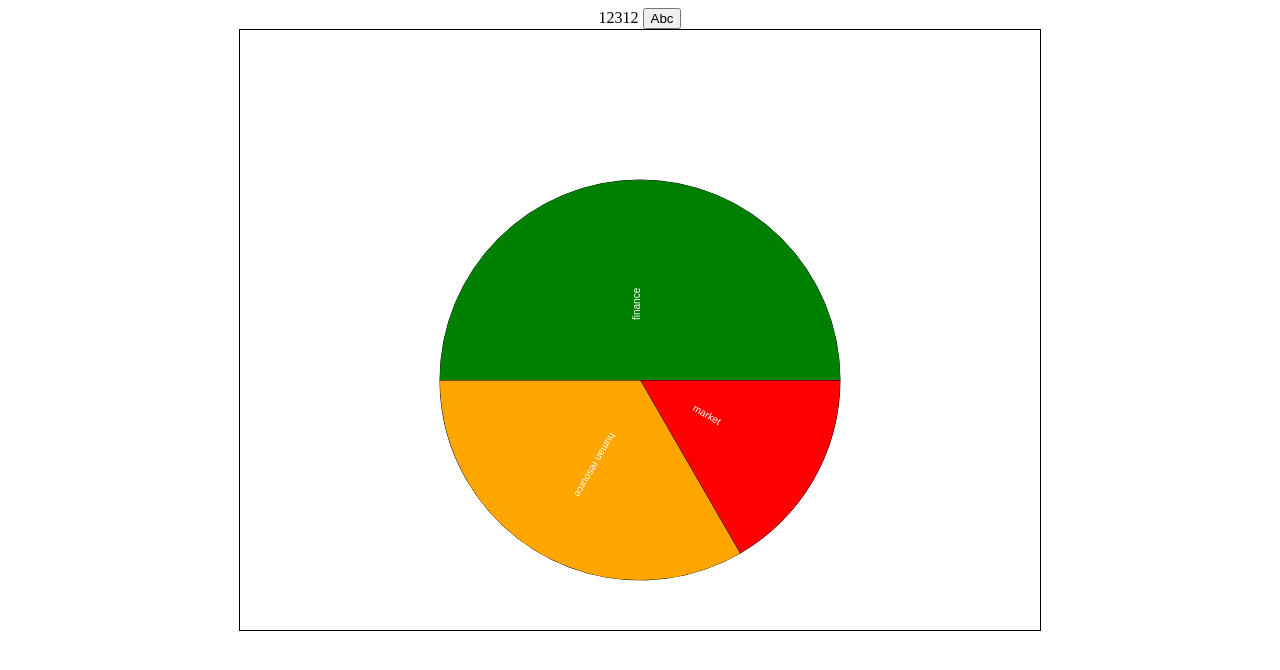
Repository: ycdtc/movie
Page: aaa/WebContent/index.html
An editor plug-in stored every save of this project. The page is shown before and after the next save, followed by the edit.
The browser window is 1280 px wide. The pictures show the whole page.
After loading, the first visible `#abc` was clicked once.

Above is the page before, as saved 2017-06-21 08:07:40.

### aaa/WebContent/index.html
                                                                                                                                                                                                                                                                                                                                                                                                                                                                                                                                                                                                                                                                                                                                                                                                                                                                                                                                                                                                                                                                                                                                                                                                                                                                                                                                                                                                                                                                                                                                                                                                                                                                                                                                                                                                                                                                                                                                                                                                                                                                                                                                                                                                                                                                                                                                                                                                                                                                                                                               <!DOCTYPE html><html><head>
<meta charset="UTF-8">
<script type="text/javascript" src="javascript/jquery.min.js"></script>
<script type="text/javascript" src="javascript/base.js"></script>
<link rel="stylesheet" href="stylesheet/base.css" />
<link rel="stylesheet" href="stylesheet/index.css" />
<title>Insert title here</title>
</head>
<body>
12312
<button id="abc">Abc</button>
<div id = "chart"> </div>
</body>
<script>
	$("#abc").click(function(e){
		//location.href = "hr.html?id=123"
		$("#chart").empty();
		$("<canvas id=\"can1\" height=\"600\" width=\"800\"></canvas>").appendTo($("#chart"));
		drawPie("can1",[10,20,30],["market","human resource","finance"]);
		//drawLine("can1",[1000,1200,500,800,600,700],[1,2,3,4,5,6]);
	});


</script>
</html>

### aaa/WebContent/javascript/base.js
/**
 *
 */

var colors = ["red","orange","green","blue","purple","black"];
function getRequest() {
	var url = location.search;
	var paras = url.substr(1).split("&");
	var res = new Object();
	for(var i=0;i<paras.length;i++){
		res[paras[i].split("=")[0]] = paras[i].split("=")[1];
	}
	return res;
}

function drawPie(chart,value,name){
	var can = document.getElementById(chart);
	var ctx = can.getContext("2d");
	var start = 0;
	var end = 0;
	ctx.translate(400,350);
	var sum = 0;
	for(var i=0;i<value.length;i++){
		sum += value[i];
	}
	for(var i=0;i<value.length;i++){
		start = end;
		end += value[i]/sum * 2 * Math.PI;
		ctx.fillStyle = colors[i];
		ctx.beginPath();
		ctx.moveTo(0,0);
		ctx.arc(0,0,200,start,end);
		ctx.closePath();
		ctx.stroke();
		ctx.fill();
	}
	start = 0;
	end = 0;
	var now = 0 ;
	for(var i=0;i<value.length;i++){
		start = end;
		end += value[i]/sum * 2 * Math.PI;
		ctx.rotate(now + (end-start)/2);
		now = (end-start)/2;
		ctx.font = "24px";
		ctx.fillStyle = "white";
		ctx.fillText(name[i], 60 , 0);
	}
}

function drawLine(chart,value,name){
    var canvas = document.getElementById(chart);
    var ctx = canvas.getContext('2d');
    //画布的款高
    var cw = canvas.width;
    var ch = canvas.height;
    //内间距padding
    var padding = 80;
    //原点，bottomRight:X轴终点,topLeft:Y轴终点
    var origin = {x:padding,y:ch-padding};
    var bottomRight = {x:cw-padding,y:ch-padding};
    var topLeft = {x:padding,y:padding};
    //绘制X轴
    ctx.beginPath();
    ctx.moveTo(origin.x,origin.y);
    ctx.lineTo(bottomRight.x,bottomRight.y);
    //绘制Y轴
    ctx.moveTo(origin.x,origin.y);
    ctx.lineTo(topLeft.x,topLeft.y);
    //设置字号
    ctx.font = '16px SimHei';
    //绘制X方向刻度
    //计算刻度可使用的总宽度
    var avgWidth = (cw - 2*padding - 50)/(value.length-1);
    for(var i=0;i<value.length;i++){
        //循环绘制所有刻度线
        if(i > 0){
            //移动刻度起点
            ctx.moveTo(origin.x+i*avgWidth,origin.y);
            //绘制到刻度终点
            ctx.lineTo(origin.x+i*avgWidth,origin.y-10);
        }
        //var txtWidth = ctx.measureText(name[i]).width;
        ctx.fillText(
                name[i],
                origin.x+i*avgWidth,
                origin.y);
    }
    //绘制Y方向刻度
    //最大刻度max
    var max = 0;
    for(var i=0;i<value.length;i++){
        if(value[i]>max){
            max=value[i];
        }
    }
    console.log(max);

    var avgValue=Math.floor(max/5);
    var avgHeight = (ch-padding*2-50)/5;
    for(var i=1;i<value.length;i++){
        //绘制Y轴刻度
            ctx.moveTo(origin.x,origin.y-i*avgHeight);
            ctx.lineTo(origin.x+10,origin.y-i*avgHeight);
        //绘制Y轴文字
        var txtWidth = ctx.measureText(avgValue*i).width;
        ctx.fillText(avgValue*i,
                origin.x-txtWidth-5,
                origin.y-i*avgHeight+6);
    }

    //绘制折线
    for(var i=0;i<value.length;i++){
        var posY = origin.y - Math.floor(value[i]/max*(ch-2*padding-50));
        if(i==0){
            ctx.moveTo(origin.x+i*avgWidth,posY);
        }else{
            ctx.lineTo(origin.x+i*avgWidth,posY);
        }
    }
    ctx.stroke();

}

### aaa/WebContent/stylesheet/base.css
@CHARSET "UTF-8";
body{
	text-align: center;
}

### aaa/WebContent/stylesheet/index.css
@CHARSET "UTF-8";
#chart{
	border: 1px solid black;
    width: 800px;
    height: 600px;
    margin:0 auto;
}

Loaded but not shown: aaa/WebContent/javascript/jquery.min.js (library)

After the next save:
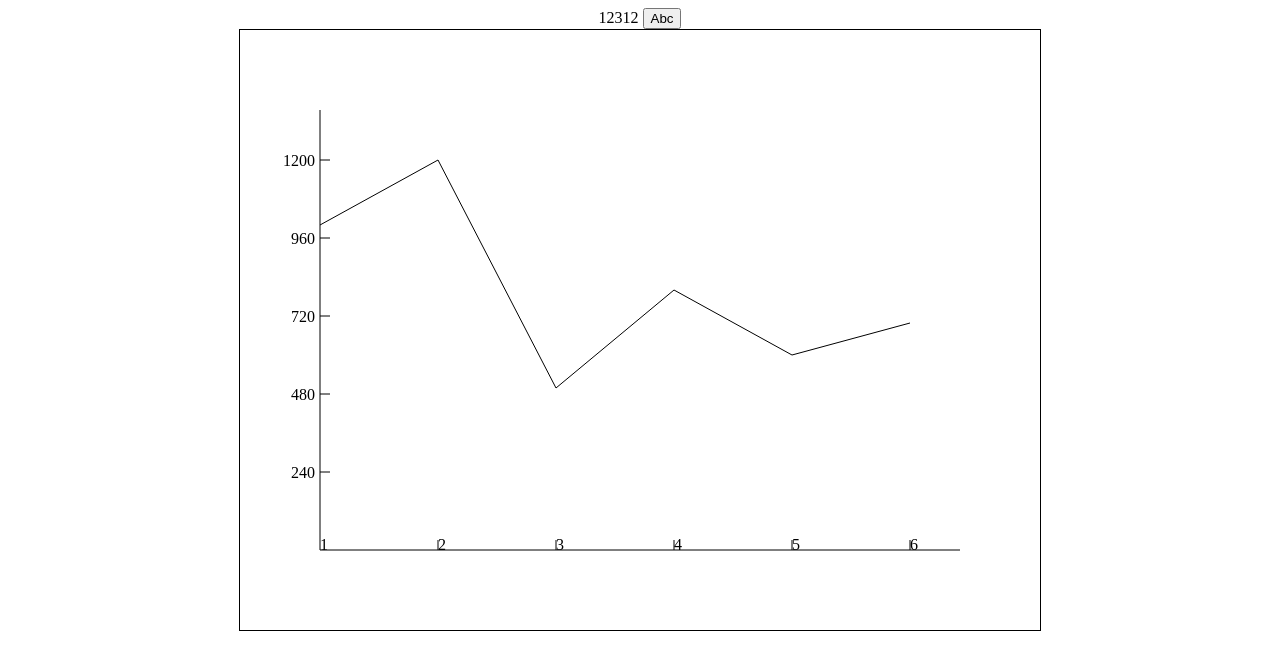
Saved 19 s later.
--- a/aaa/WebContent/index.html
+++ b/aaa/WebContent/index.html
@@ -16,8 +16,8 @@
 		//location.href = "hr.html?id=123"
 		$("#chart").empty();
 		$("<canvas id=\"can1\" height=\"600\" width=\"800\"></canvas>").appendTo($("#chart"));
-		drawPie("can1",[10,20,30],["market","human resource","finance"]);
-		//drawLine("can1",[1000,1200,500,800,600,700],[1,2,3,4,5,6]);
+		//drawPie("can1",[10,20,30],["market","human resource","finance"]);
+		drawLine("can1",[1000,1200,500,800,600,700],[1,2,3,4,5,6]);
 	});
 
 
